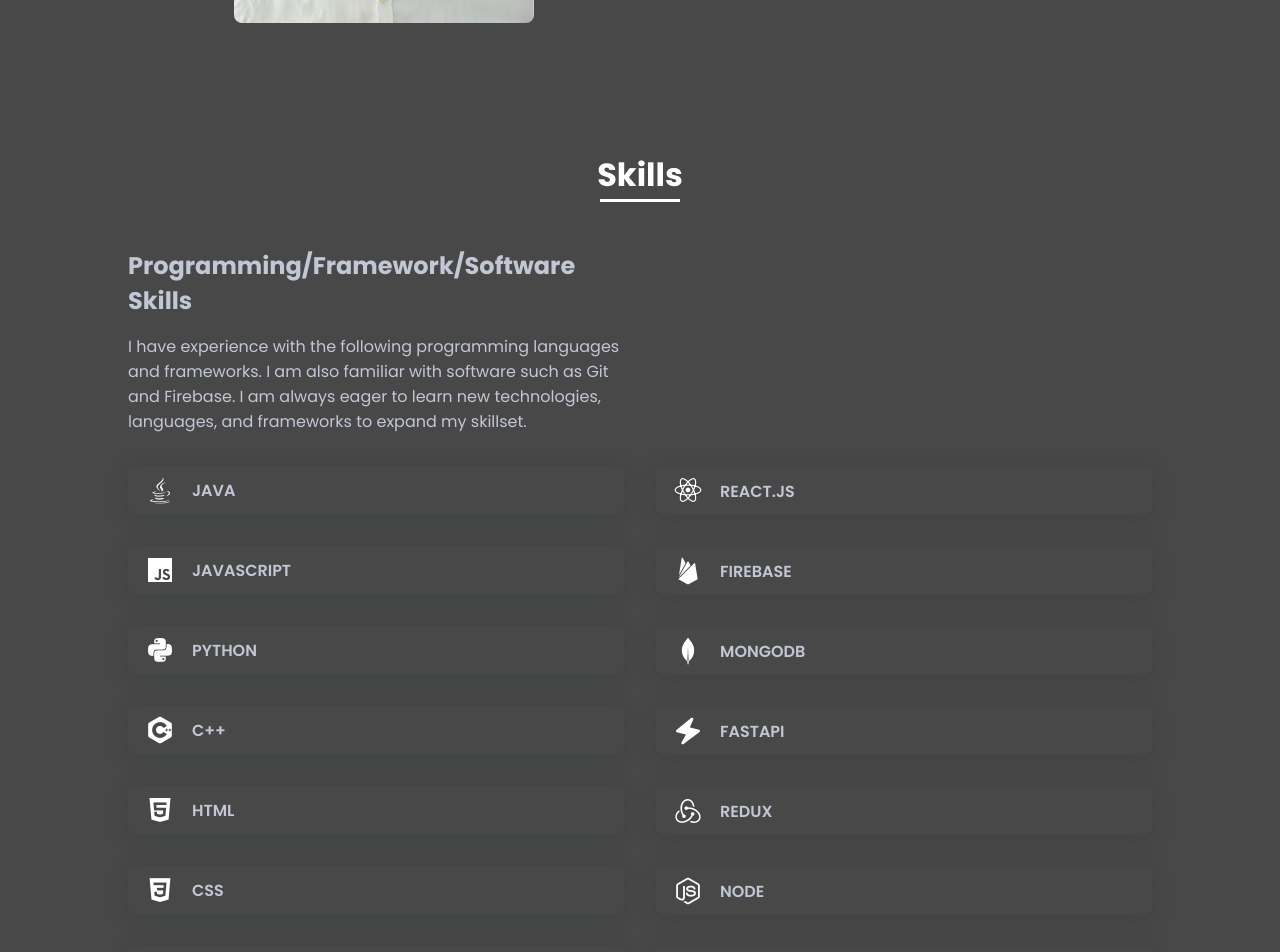
Repository: joshliu14/joshliu14.github.io
Page: index.html
These files come from the project's save history. The page is drawn as it stood at one moment and after the next save; the edit follows.
The browser window is 1280 px wide. The pictures show the part of the page from y = 1091 to 2043 px (the page is 3657 px tall before and 3655 px after).
A picture or video elsewhere on the page could not be fetched, so the positions and the page height are approximate.

Above is the page before, as saved 2024-02-01 00:31:03.

After the next save:
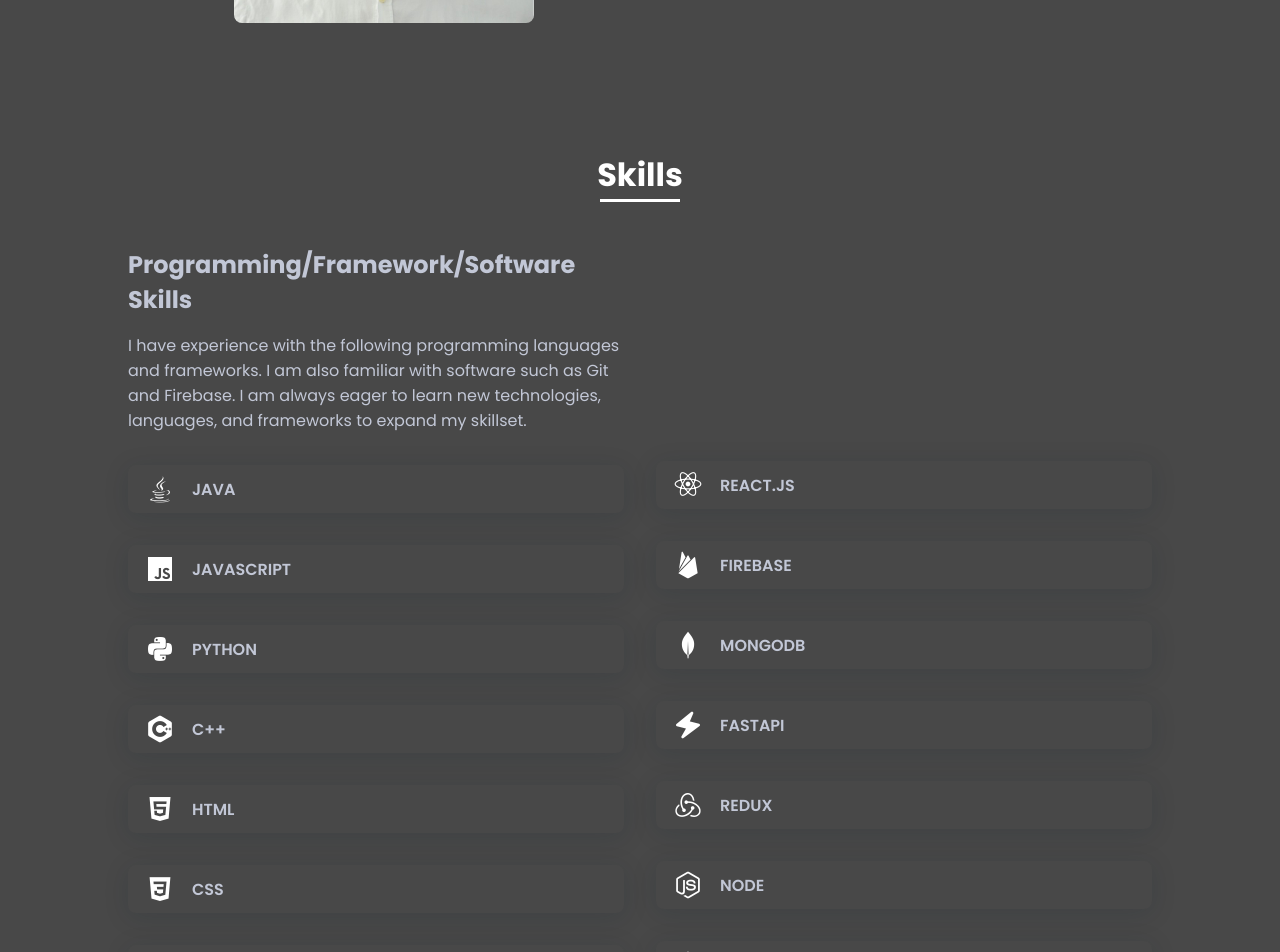
Saved 6 s later.
--- a/assets/css/web.css
+++ b/assets/css/web.css
@@ -261,7 +261,7 @@ img {
   text-align: center;
 }
 .skills__column2 {
-  margin-top: 220px;
+  margin-top: 210px;
 }
 .skills__subtitle {
   margin-bottom: var(--mb-2);
